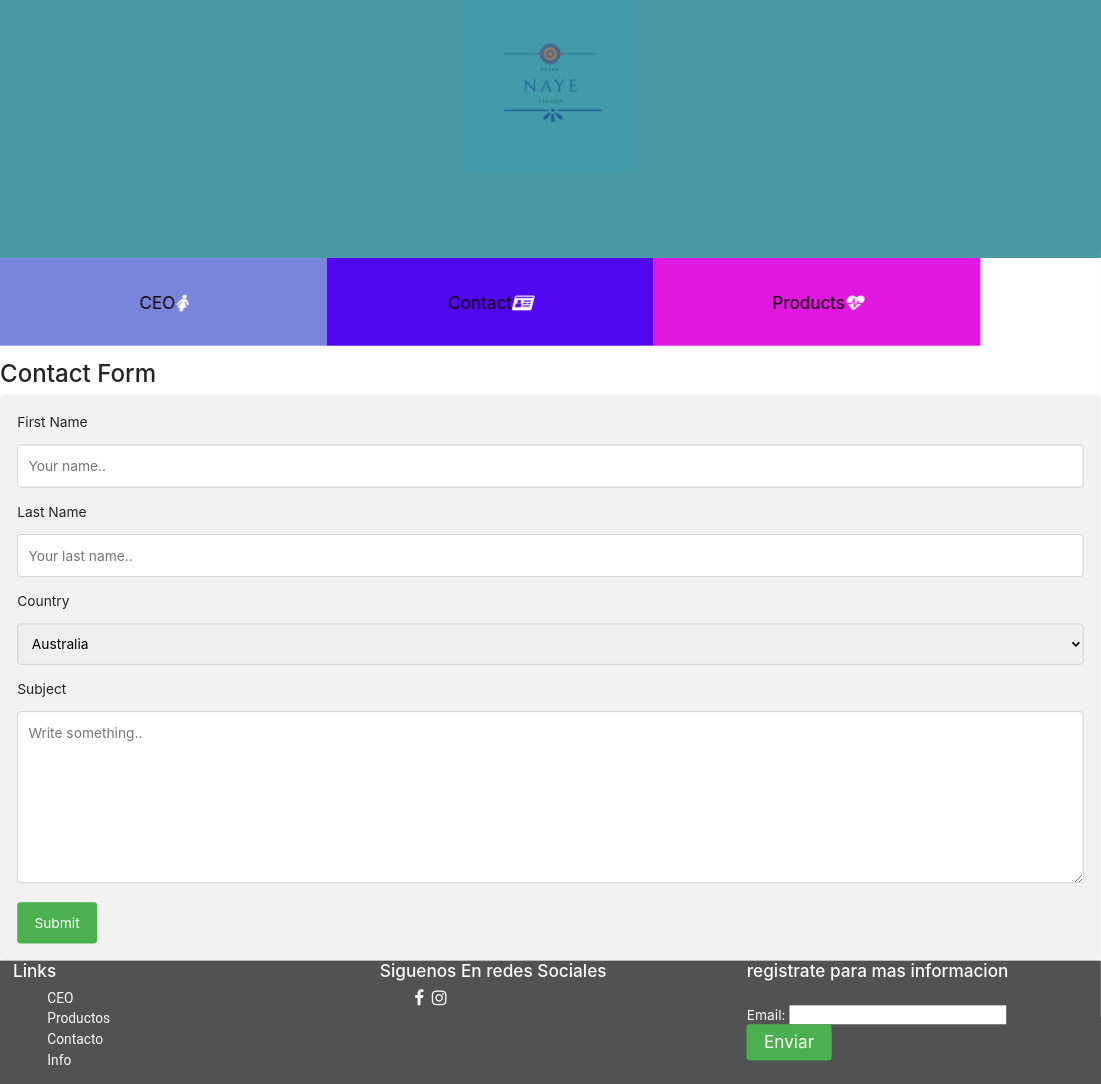
Repository: cachimiro/1-mile-stone-project
Page: contactos.html
The author's editor kept a record of every edit. The page is drawn from the files as they stood at one moment, then again after the next edit.
The browser window is 1280 px wide. The pictures show the whole page, at 86% of full size.
Some web libraries are served in a nearby version.

Above is the page before.

After the next edit:
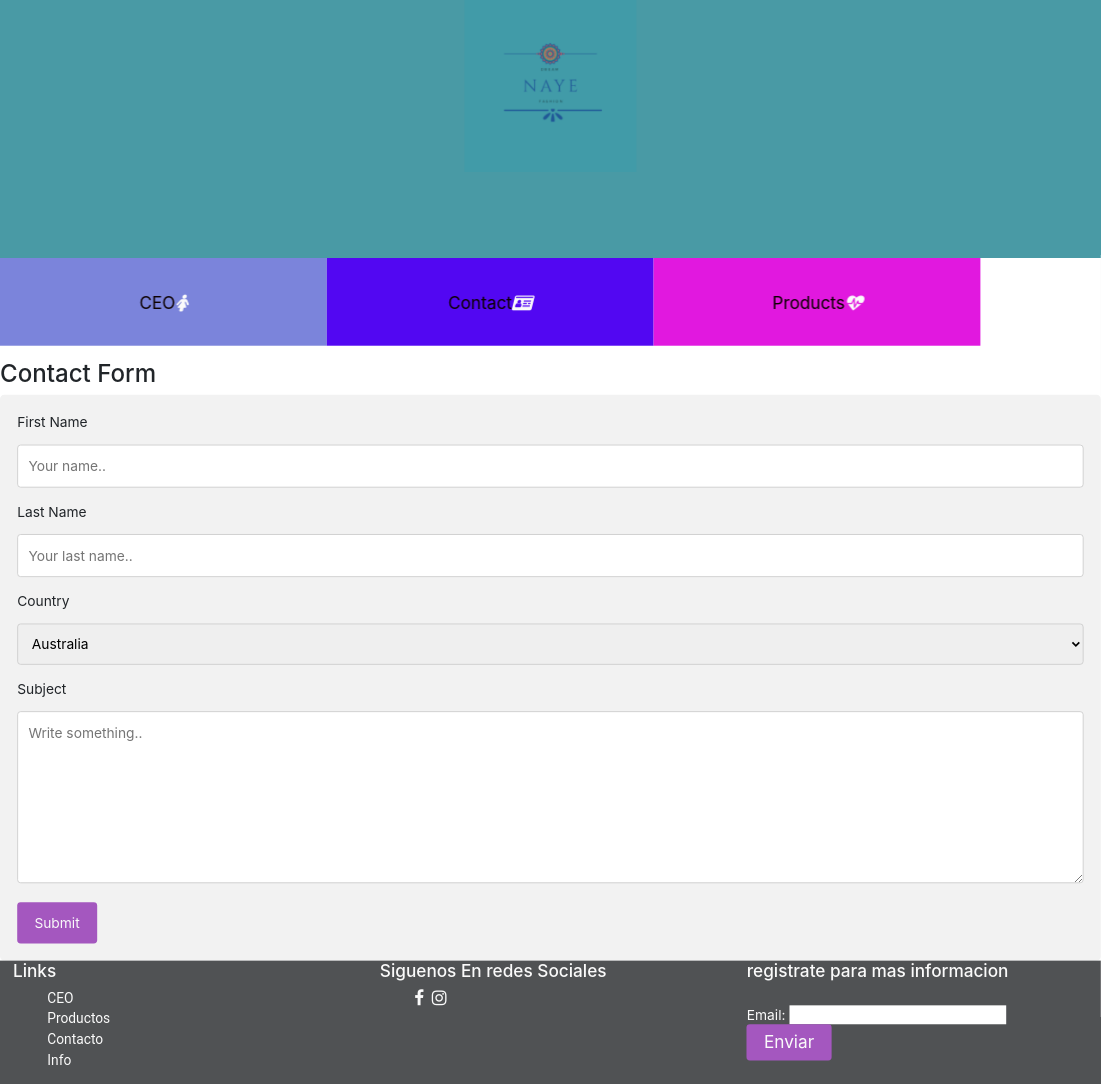
The edit:
--- a/css/style.css
+++ b/css/style.css
@@ -502,8 +502,8 @@
 }
 
 input[type=submit] {
-  background-color: #4CAF50;
-  color: white;
+  background-color: #a457bf;
+  color: #fafafa;
   padding: 12px 20px;
   border: none;
   border-radius: 4px;
